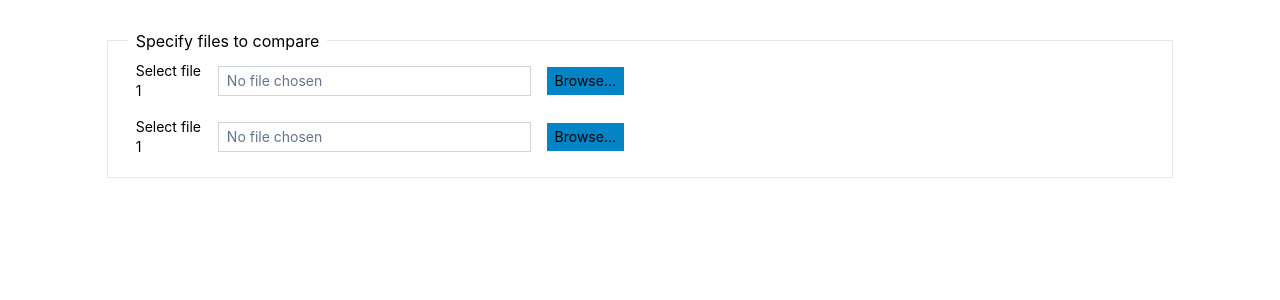
Repository: chionye/paymentology-front
Page: /
The author's editor kept a copy of each file at every save. The page is drawn from the files as they stood at one save, then again after a run of saves.
The browser window is 1280 px wide. The pictures show the whole page.
The project was rebuilt for these pictures with package versions that can differ from the ones it lists, and the page was loaded fresh each time.

Above is the page before, as saved 2022-03-16 13:21:08.

### src/index.css
@tailwind base;
@tailwind components;
@tailwind utilities;

body {
  margin: 0;
  font-family: -apple-system, BlinkMacSystemFont, 'Segoe UI', 'Roboto', 'Oxygen',
    'Ubuntu', 'Cantarell', 'Fira Sans', 'Droid Sans', 'Helvetica Neue',
    sans-serif;
  -webkit-font-smoothing: antialiased;
  -moz-osx-font-smoothing: grayscale;
}

input[type=file] {
  -webkit-appearance: none;
  position: relative;
  -webkit-box-sizing: border-box;
   }
   input[type=file]::-webkit-file-upload-button {
  width: 0;
  padding: 0;
  margin: 0;
  -webkit-appearance: none;
  border: none;
   }
   /* "x::-webkit-file-upload-button" forces the rules to only apply to browsers that support this pseudo-element */

### src/App.js
import Section from "./components/Section";

function App() {
  return (
    <Section />
  );
}

export default App;

### src/components/Section.js
import InputFile from "./InputFile";

const Section = () => {
    return(
        <div className="relative w-5/6 h-auto p-3 border border-1 border-gray mx-auto my-10">
            <div className="absolute -top-3 left-5 bg-white px-2">Specify files to compare</div>
            <InputFile />
            <div className="flex flex-row">
            <InputFile />
            </div>

        </div>
    )
}

export default Section;

### src/components/InputFile.js
import Button from "./Button";
const InputFile = () => {
    return(
        <div className="flex flex-row w-full md:w-1/2 items-center text-sm my-2 px-4">
            <label className="w-28">Select file 1</label>

            <input type="file"
                className="block w-full mx-3 appearance-none border border-1 border-gray-300 py-1 px-2  text-slate-500
                file:mr-4 file:py-2 file:px-4
                file:rounded-full file:border-0
                file:text-sm file:font-semibold
                file:bg-violet-50 file:text-violet-700
                hover:file:bg-violet-100 file:text-red-600
                "/>

            <button className="ml-1 bg-sky-600 hover:bg-sky-700 py-1 px-2 ">Browse...</button>
        </div>
    )
}

export default InputFile;

### src/components/Button.js
const Button = (props) => {
    return <button className="ml-1 bg-sky-600 hover:bg-sky-700 py-1 px-2 ">props.label</button>
}

export default Button;

Loaded but not shown: public/index.html (common file); src/index.js (common file); src/reportWebVitals.js (common file); tailwind.config.js (common file)

After the next 2 saves:
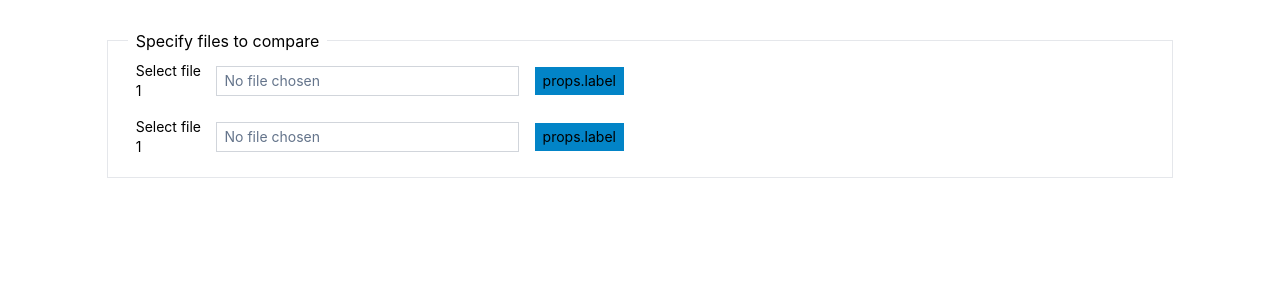
The 2 saves are shown as one change because they came seconds apart.
The last was saved 9 s later.
--- a/src/components/InputFile.js
+++ b/src/components/InputFile.js
@@ -13,7 +13,7 @@
                 hover:file:bg-violet-100 file:text-red-600
                 "/>
 
-            <button className="ml-1 bg-sky-600 hover:bg-sky-700 py-1 px-2 ">Browse...</button>
+            <Button />
         </div>
     )
 }

After the 2 saves that followed:
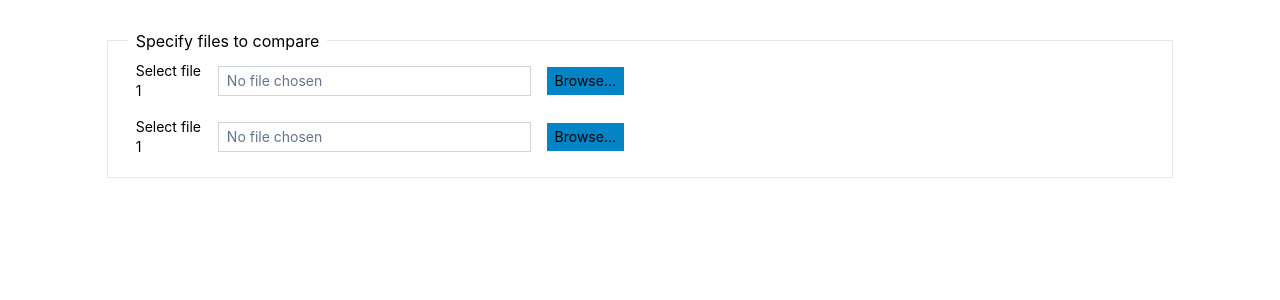
The 2 saves are shown as one change because 1 left the picture as it was.
The last was saved 37 s later.
--- a/src/components/InputFile.js
+++ b/src/components/InputFile.js
@@ -13,7 +13,7 @@
                 hover:file:bg-violet-100 file:text-red-600
                 "/>
 
-            <Button />
+            <Button label={"Browse..."} />
         </div>
     )
 }
--- a/src/components/Button.js
+++ b/src/components/Button.js
@@ -1,5 +1,5 @@
 const Button = (props) => {
-    return <button className="ml-1 bg-sky-600 hover:bg-sky-700 py-1 px-2 ">props.label</button>
+    return <button className="ml-1 bg-sky-600 hover:bg-sky-700 py-1 px-2 ">{props.label}</button>
 }
 
 export default Button;
